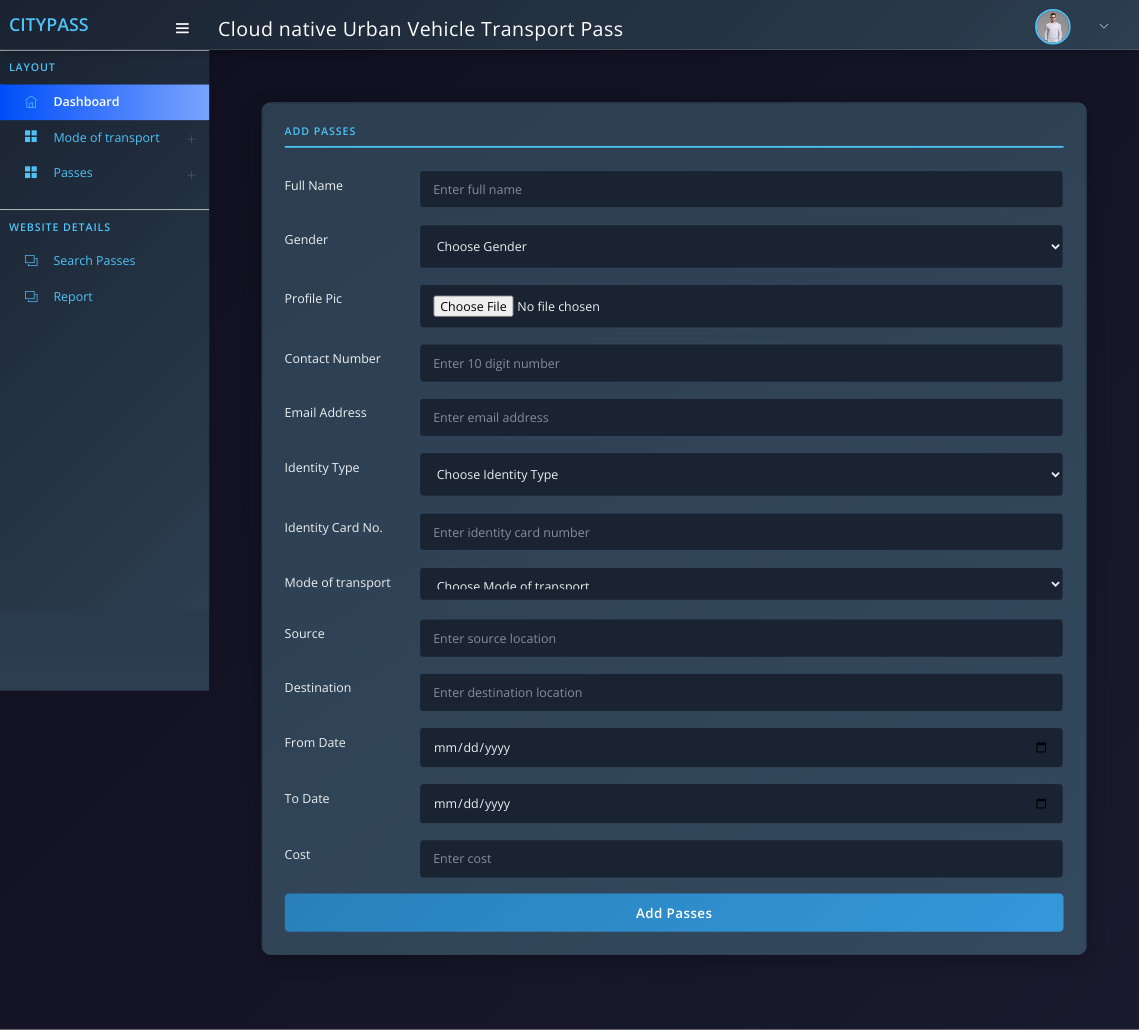
Repository: Nagaraju7272/cpp-project
Page: templates/add-passes.html
The author's editor kept a record of every edit. The page is drawn from the files as they stood at one moment, then again after the next edit.
The browser window is 1280 px wide. The pictures show the whole page, at 89% of full size.
The page is served by the project's application, run on Django 4.2 (manage.py). The template is opened directly, without the code that normally fills it, so the values that code supplies are empty.

Above is the page before.
Console error: TypeError: Cannot read properties of null (reading 'getContext')

After the next edit:
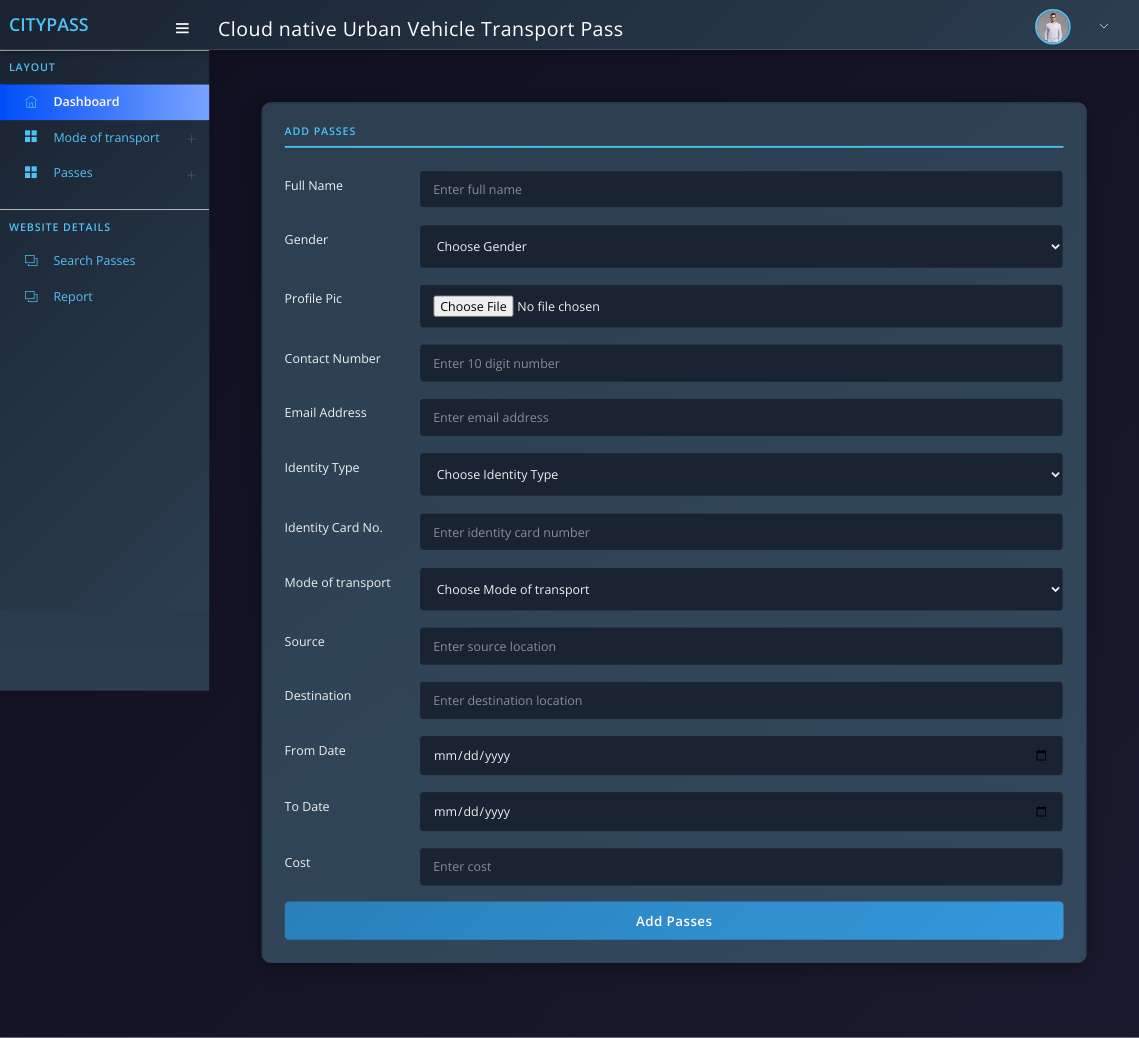
The edit:
--- a/templates/add-passes.html
+++ b/templates/add-passes.html
@@ -66,7 +66,7 @@
                 <div class="form-group row">
                     <label class="col-sm-2 col-form-label">Mode of transport</label>
                     <div class="col-sm-10">
-                        <select type="text" name="category_id" id="category_id" value="" class="form-control" required="true">
+                        <select  style="height:50px" type="text" name="category_id" id="category_id" value="" class="form-control" required="true">
                             <option value="">Choose Mode of transport</option>
                             {% for i in category %}
                                 <option value="{{i.id}}">{{i.categoryname}}</option>
